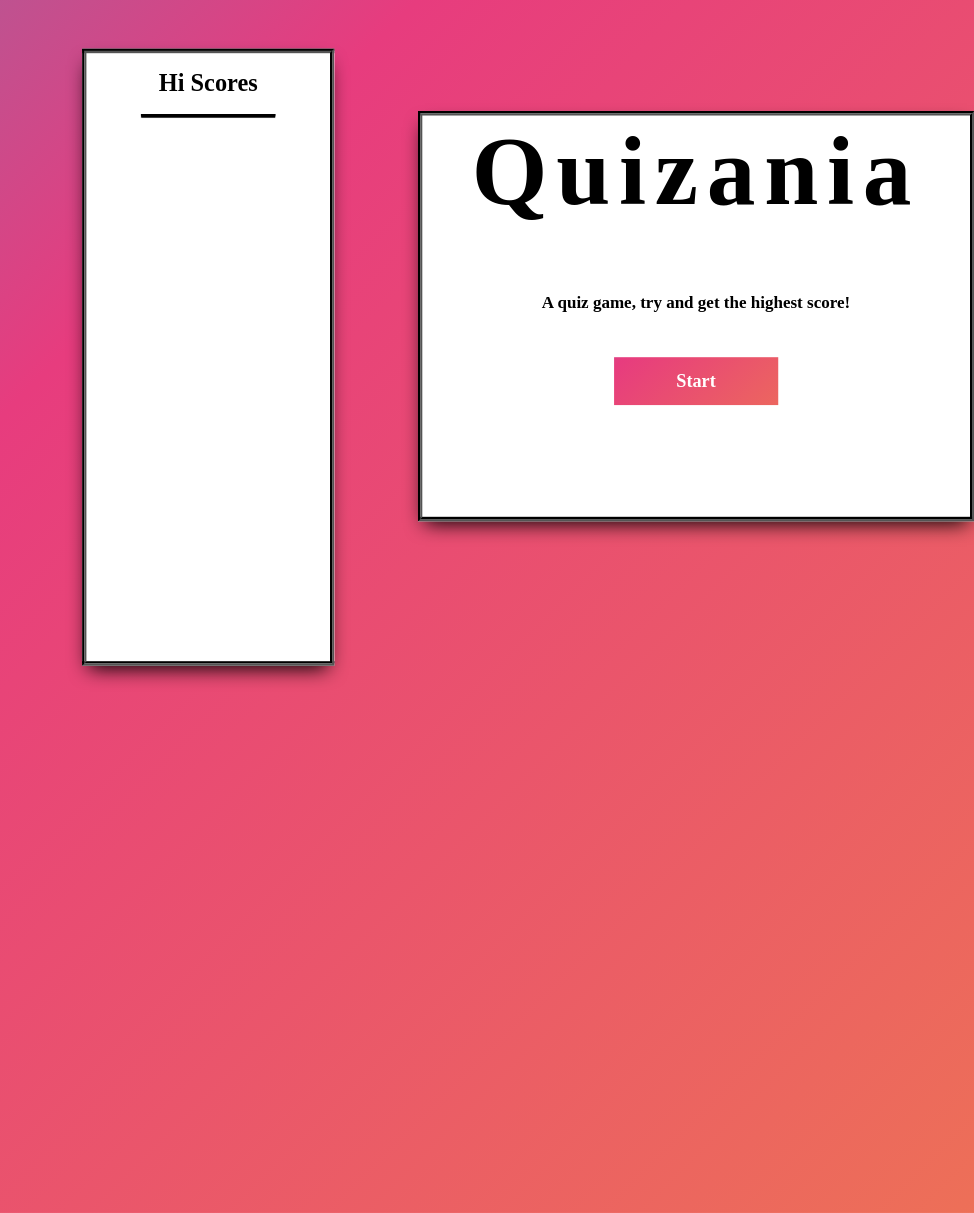
Repository: PatrickTheCodeGuy/QuizApp
Page: / (app in quizapp/)
An editor plug-in stored every save of this project. The page is shown before and after the next save, followed by the edit.
The browser window is 1280 px wide. The page is 1282 px wide, so the pictures cover 1282 px, including what lies to the right of the window. The pictures show the whole page, at 76% of full size.
The project was rebuilt for these pictures with package versions that can differ from the ones it lists, and the page was loaded fresh each time. A package was used in the major version that the imports need, not the one package.json lists.

Above is the page before, as saved 2021-07-08 17:33:53.

After the next save:
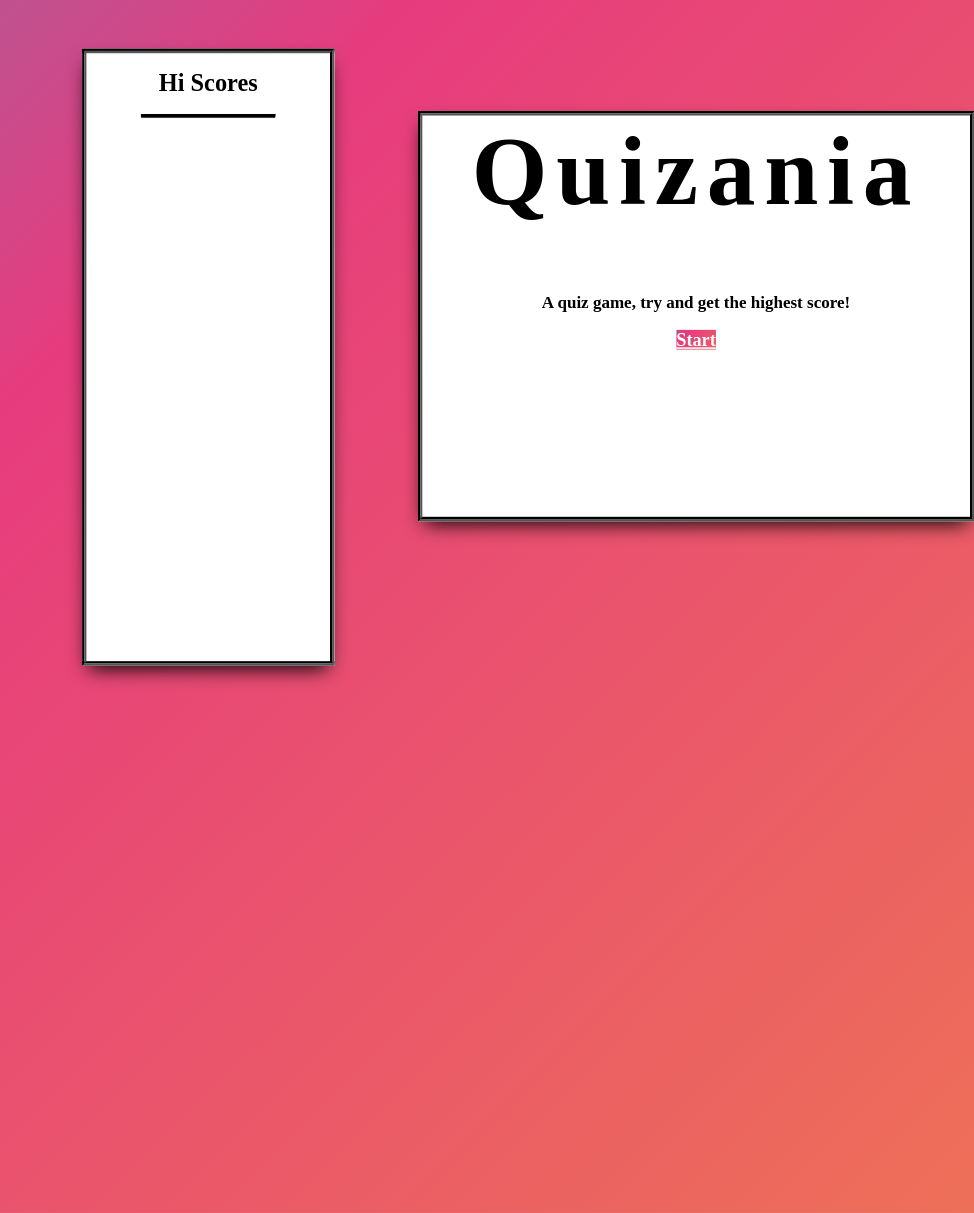
Saved 2 min 5 s later.
--- a/quizapp/src/components/StartMenu/StartMenu.js
+++ b/quizapp/src/components/StartMenu/StartMenu.js
@@ -1,5 +1,9 @@
 import React from 'react';
 import './StartMenu.css';
+import {
+Link
+} from "react-router-dom";
+
 
 class StartMenu extends React.Component {
     constructor(props){
@@ -13,7 +17,7 @@ class StartMenu extends React.Component {
             <div class="menu-container">
                 <h1 class="menu-text">Quizania</h1>
                 <p class="regular-text">A quiz game, try and get the highest score!</p>
-                <button class="button-start">Start</button>
+                <Link class="button-start">Start</Link>
             </div>
         )
     }
